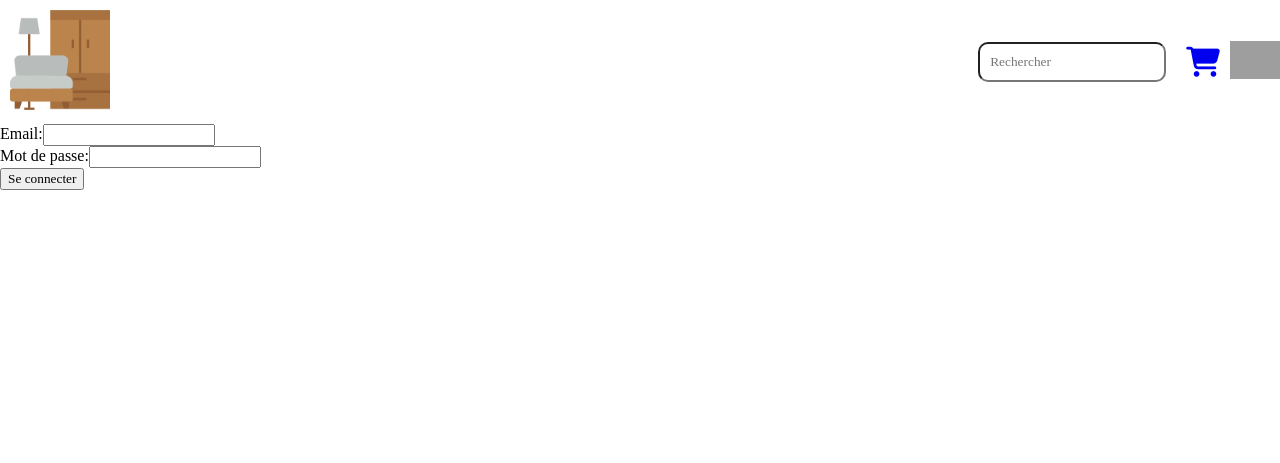
Repository: adatechschool/onmeuble
Page: /profile (app in front/)
An editor plug-in stored every save of this project. The page is shown before and after the next save, followed by the edit.
The browser window is 1280 px wide. The pictures show the whole page.
Pictures or frames that could not be fetched are drawn as grey boxes. Some web fonts or font styles are not loaded; a fallback is used. Some web libraries are served in a nearby version. The project was rebuilt for these pictures with package versions that can differ from the ones it lists, and the page was loaded fresh each time. Also part of the build but not shown: front/src/components/ListArticle.js, front/src/pages/Products.js, front/src/pages/Basket.js, front/src/pages/Details.css, front/src/pages/Details.js.

Above is the page before, as saved 2024-03-12 14:29:22.

After the next save:
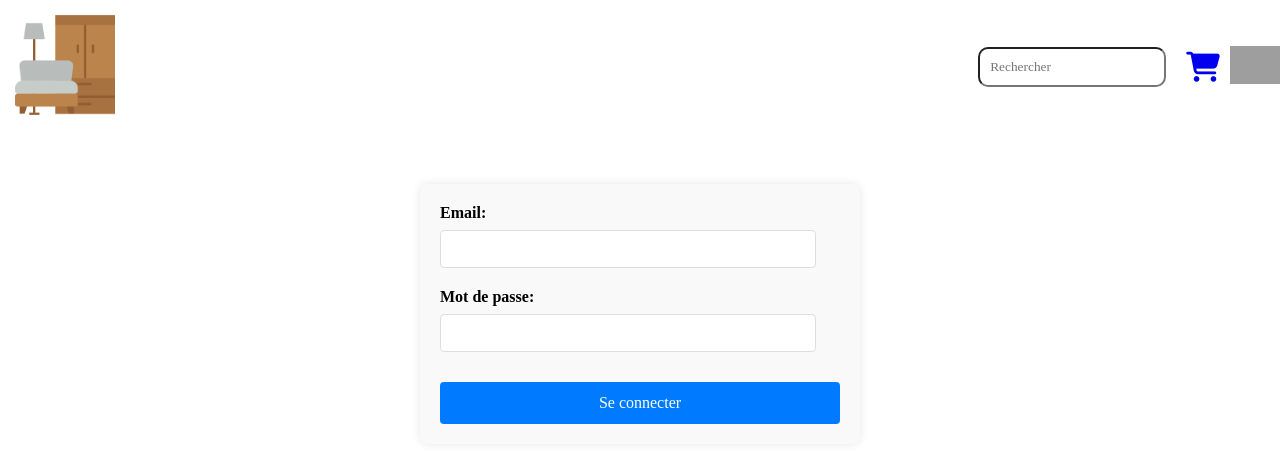
Saved 63 s later.
--- a/front/src/App.css
+++ b/front/src/App.css
@@ -18,6 +18,7 @@ h1, h2, .type-p, .price-p {
 
 .leftNav {
   padding: 10px;
+
 }
 
 .rightNav {
@@ -27,6 +28,7 @@ h1, h2, .type-p, .price-p {
 }
 
 #logo {
+  padding: 5px;
   width: 100px;
 }
 
@@ -44,6 +46,7 @@ h1, h2, .type-p, .price-p {
 }
 
 #profilePic {
+  padding-right: 10;
   width: 50px;
 }
 
@@ -56,30 +59,33 @@ h1, h2, .type-p, .price-p {
 
 article {
   border: 3px solid black;
-  border-radius: 20px;
+  border-radius: 10px;
   width: 20%;
   padding: 10px;
   margin: 10px;
   transition: all 0.3s ease;
 }
 
+
+
 article:hover {
-  box-shadow: 0 0 10px black;
+  box-shadow: 0 0 10px rgb(68, 67, 67);
   background-color: beige;
 }
 
 .img-furniture {
-  max-width: 100%;
-  height: 100%;
-  object-fit: contain;
+  border-radius: 10px;
+  width: 100%;
+  transition: all 0.3s ease;
 
 }
 
 .frame  {
   display: inline-block;
-  height: 300px;
+  height:100% ;
   max-width: 300px;
   overflow: hidden;
+  align-items : center;
 }
 
 .footer {
@@ -102,3 +108,50 @@ article:hover {
 .buy:hover {
   background-color: darkgreen;
 }
+
+
+/* Styles spécifiques au formulaire de connexion */
+
+.login-form {
+  max-width: 400px;
+  margin: 50px auto; /* Centre le formulaire verticalement et horizontalement */
+  padding: 20px;
+  border-radius: 8px;
+  background-color: #f9f9f9;
+  box-shadow: 0 0 10px rgba(0, 0, 0, 0.1);
+}
+
+.login-form label {
+  font-weight: bold;
+  display: block;
+  margin-bottom: 8px;
+}
+
+.login-form input {
+  width: calc(100% - 24px); /* Pour tenir compte de la largeur des bordures */
+  padding: 10px;
+  margin-bottom: 20px;
+  border: 1px solid #ddd;
+  border-radius: 4px;
+  box-sizing: border-box;
+}
+
+/* Ajoute plus d'espace entre les champs "Email" et "Mot de passe" */
+.login-form input[type="password"] {
+  margin-bottom: 30px;
+}
+
+.login-form button {
+  width: 100%;
+  padding: 12px;
+  border: none;
+  border-radius: 4px;
+  background-color: #007bff;
+  color: #fff;
+  font-size: 16px;
+  cursor: pointer;
+}
+
+.login-form button:hover {
+  background-color: #0056b3;
+}
